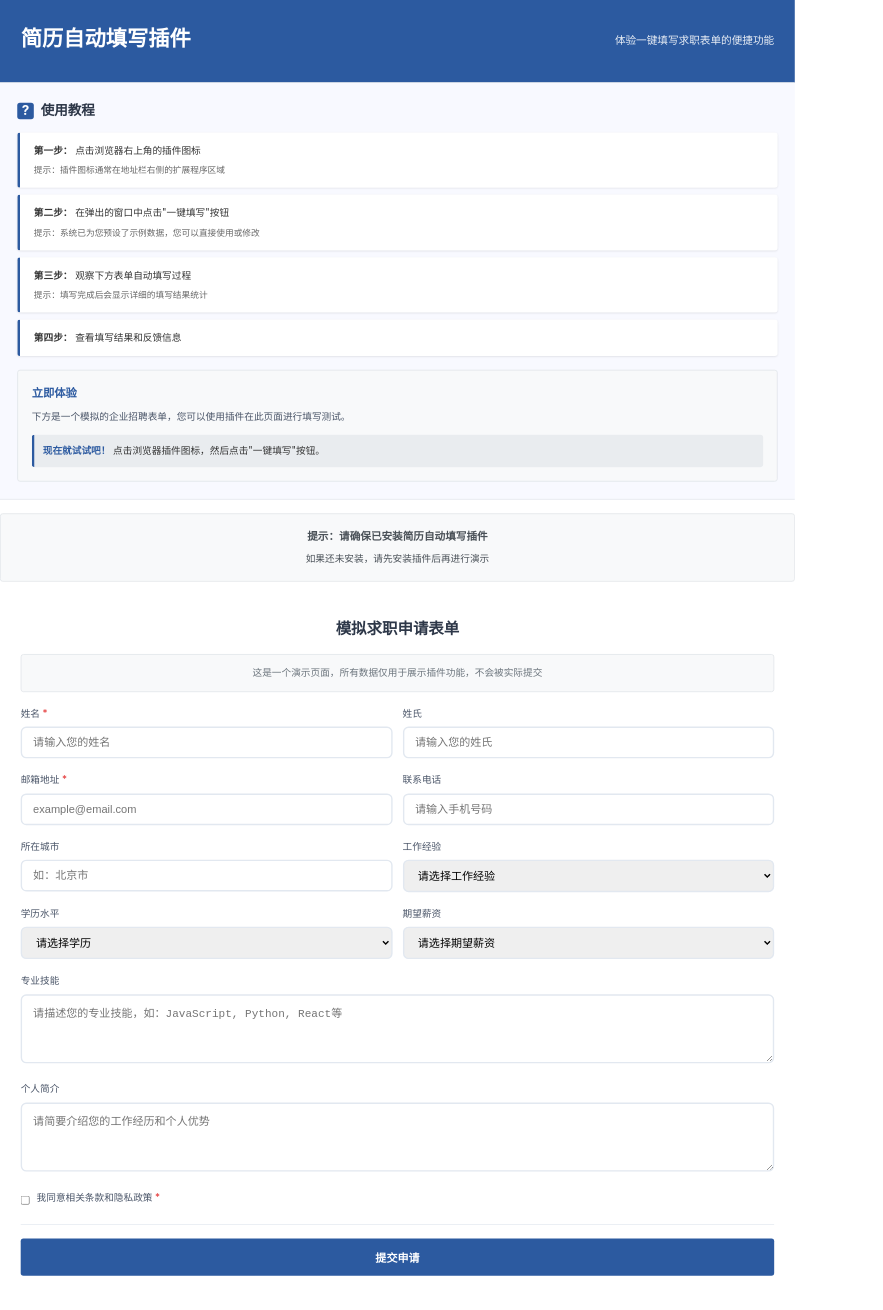
Repository: Zion74/jiancareer-chrome-main-zhn
Page: public/mock-form.html
An editor plug-in stored every save of this project. The page is shown before and after the next save, followed by the edit.
The browser window is 1280 px wide. The pictures show the whole page, at 69% of full size.

Above is the page before, as saved 2025-09-09 21:58:11.

After the next save:
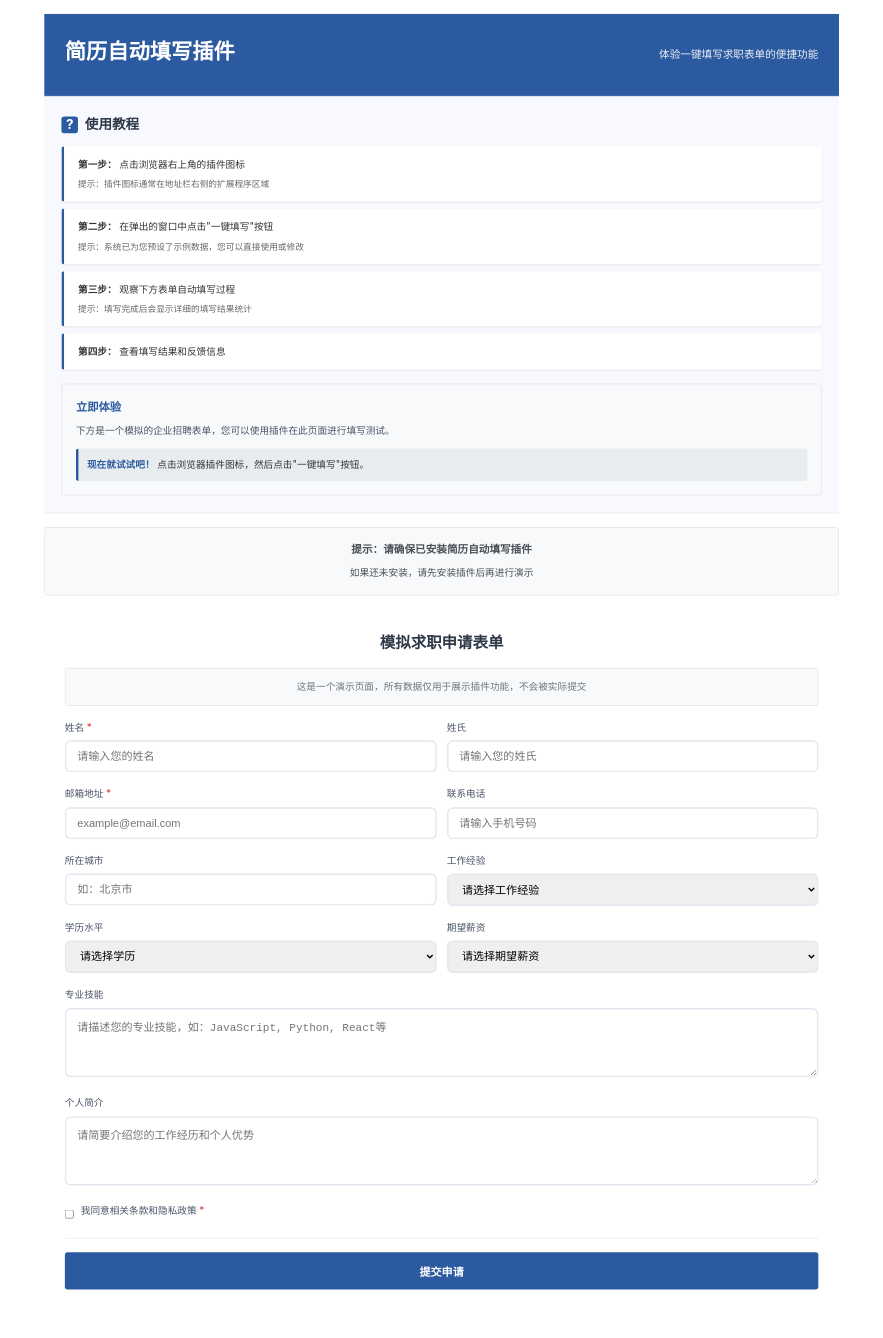
Saved 66 s later.
--- a/public/mock-form.html
+++ b/public/mock-form.html
@@ -13,11 +13,15 @@
             padding: 0;
             background: #ffffff;
             min-height: 100vh;
+            display: flex;
+            justify-content: center;
+            align-items: flex-start;
         }
 
         .container {
             width: 90%;
-            margin: 0;
+            max-width: 1200px;
+            margin: 20px auto;
             background: white;
             border-radius: 0;
             box-shadow: none;
